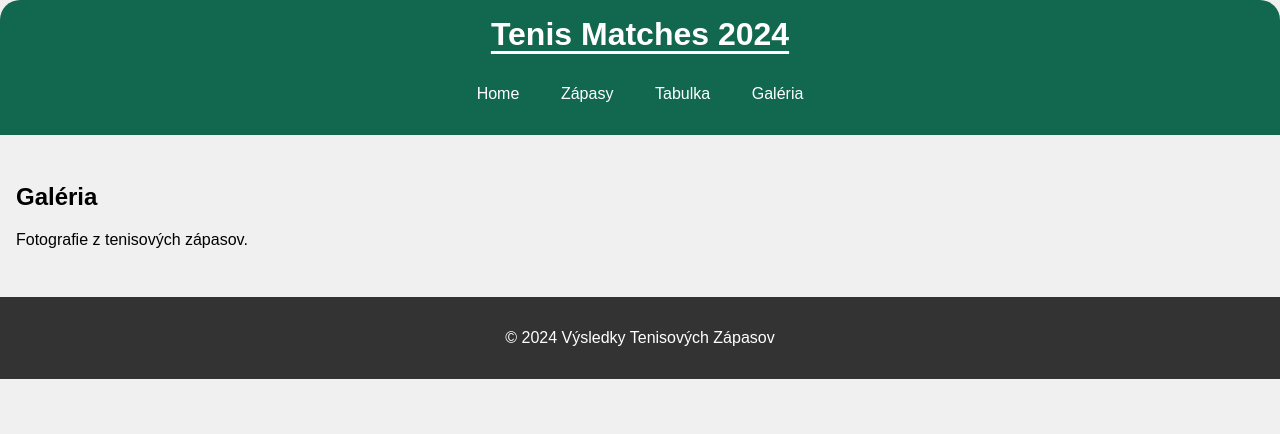
Repository: Badynko/tenis
Page: gallery.html
An editor plug-in stored every save of this project. The page is shown before and after the next save, followed by the edit.
The browser window is 1280 px wide. The pictures show the whole page.

Above is the page before, as saved 2024-07-20 19:52:52.

After the next save:
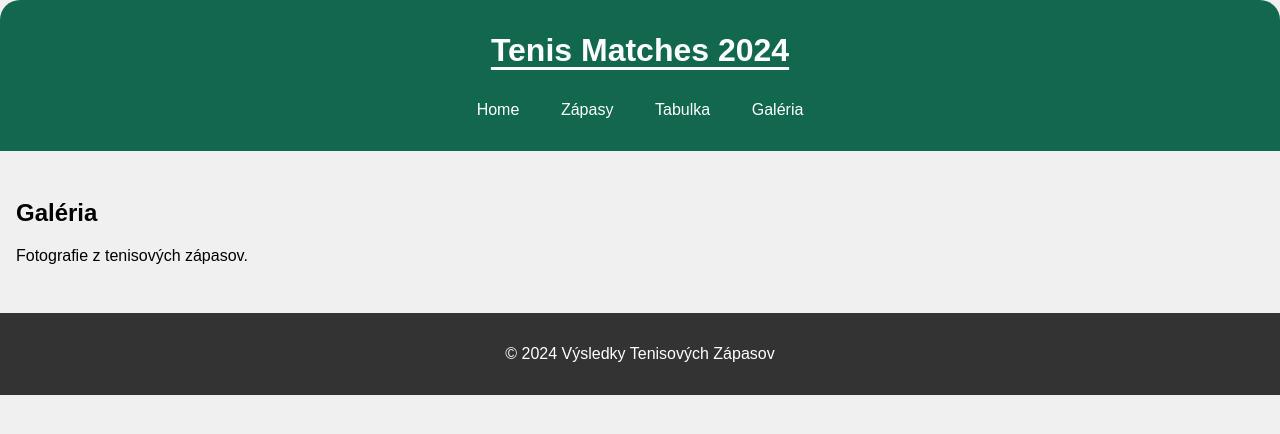
Saved 65 s later.
--- a/css/style.css
+++ b/css/style.css
@@ -15,6 +15,7 @@ header {
 
 h1 {
   margin: 0;
+  margin-top: 1rem;
   text-decoration: underline;
   text-underline-offset: 0.4rem;
 }
